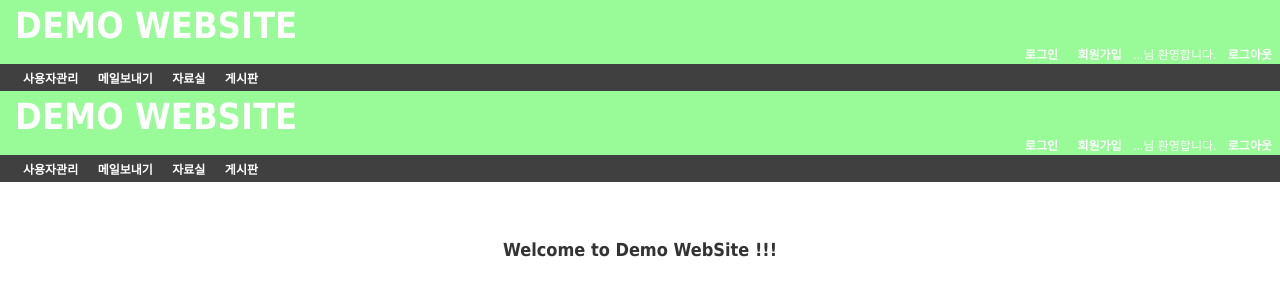
Repository: shin-yj/java
Page: http://localhost/demoweb/home.action
These files come from the project's save history. The page is drawn as it stood at one moment and after the next save; the edit follows.
The browser window is 1280 px wide. The pictures show the whole page.
The page is served by Tomcat 9. Other server files are loaded and not shown.

Above is the page before, as saved 2020-08-07 08:16:52.

### java/demoweb/WebContent/WEB-INF/views/home.jsp
<%@ page language="java"
		 contentType="text/html; charset=utf-8"
		 pageEncoding="utf-8"%>

<!DOCTYPE html>

<html>
<head>
	<meta charset='utf-8' />
	<title>Home</title>
	<link rel='Stylesheet' href='/demoweb/styles/default.css' />
</head>
<body>

	<div id='pageContainer'>

		<%-- 다른 jsp의 내용을 삽입하는 구문 --%>
		<%@ include file="/WEB-INF/views/module/header.jsp" %> <!-- 처리를 해야 되는 방식,  밑과 같으나 잘 안쓰임 -->


		<%--
		<% pageContext.include(("/WEB-INF/views/module/header.jsp")); %> <!-- 밑과 같음, 처리가 이미 되어있음 -->
		--%>
		<jsp:include page="/WEB-INF/views/module/header.jsp" />	<!-- 이게 가장 마니 사용댐 -->

		<div id='content'>
			<br /><br /><br />
			<h2 style='text-align:center'>Welcome to Demo WebSite !!!</h2>
		</div>
	</div>

</body>
</html>

### java/demoweb/WebContent/WEB-INF/views/module/header.jsp
<%@ page language="java" contentType="text/html; charset=utf-8"
    pageEncoding="utf-8"%>
    <!-- 재사용할 내용  -->
		<div id="header" style='background-color:palegreen'>
            <div class="title">
                <a href="/demoweb/home.action">DEMO WEBSITE</a>
            </div>
            <div class="links">
            	<a href="/demoweb/account/login.action">로그인</a>
                <a href="/demoweb/account/register.action">회원가입</a>

            	...님 환영합니다.
            	<a href="/demoweb/account/login.action">로그아웃</a>


            </div>
        </div>

        <div id="menu">
            <div>
                <ul>
                    <li><a href="#">사용자관리</a></li>
					<li><a href="#">메일보내기</a></li>
					<li><a href="#">자료실</a></li>
					<li><a href="#">게시판</a></li>
                </ul>
            </div>
		</div>

### java/demoweb/src/com/demoweb/servlet/HomeServlet.java
package com.demoweb.servlet;

import java.io.IOException;

import javax.servlet.RequestDispatcher;
import javax.servlet.ServletException;
import javax.servlet.annotation.WebServlet;
import javax.servlet.http.HttpServlet;
import javax.servlet.http.HttpServletRequest;
import javax.servlet.http.HttpServletResponse;

@WebServlet(urlPatterns= {"/home.action"})
public class HomeServlet extends HttpServlet { // sevlet과 연결 // get방식 // home.action에 요청이 들어오면 homesevlet으로 요청 들어온당

	@Override
	protected void doGet(HttpServletRequest req, HttpServletResponse resp) throws ServletException, IOException {
			// 요청 처리(여기서는 특별히 할 것이 없음)

			// JSP로 forward 이동해서 응답 컨텐츠 생산
		RequestDispatcher dispatcher = req.getRequestDispatcher("/WEB-INF/views/home.jsp"); // 요청을 전달하는 것 찾기
		dispatcher.forward(req, resp);


	}

}

### java/demoweb/WebContent/styles/default.css
@CHARSET "utf-8";

body {
	font-family: Tahoma, Arial, Helvetica;
	font-size: 12px;
}

body {
	background: #ffffff none repeat scroll 0;
	color: #333333;
	margin: 0;
	padding: 0;
}

#pageContainer {
	background: #ffffff none repeat scroll 0;
	margin: 0 auto;
	max-width: 100%;
	min-width: 600px;
	padding:0 0;
	text-align: left;
}

#header {
	background-color: #eb4c07;
	color: #ffffff;
	width: 100%;
	padding-bottom: 4px;
	height: 60px;
}

#header a {
	color: #ffffff;
	font-weight: bold;
	text-decoration: none;
}

#header .title {
	font-size: 36px;
	font-weight: bolder;
	padding-left: 15px;
	padding-top: 5px;
	float:left;
}

#header .links {
	padding-top:45px;
	float:right;
}

#header .links a {
	padding: 8px;
}

#menu {
	background-color: #404040;
	color: #ffffff;
	padding: 5px 15px 5px /* bottom - left - top - 0*/
}

#menu ul {
	display: inline;
	margin-left: 0;
	padding-left: 0;
}

#menu ul li {
	display: inline;
	list-style-image: none;
	list-style-position: outside;
	list-style-type: none;
	margin-left: 0;
}

#menu ul li a {
	color: #ffffff;
	font-weight: bold;
	text-decoration: none;
	padding: 8px;
}

#menu ul li a:hover, #menu ul li a:focus {
	background-color: #5a5a5a;
}

After the next save:
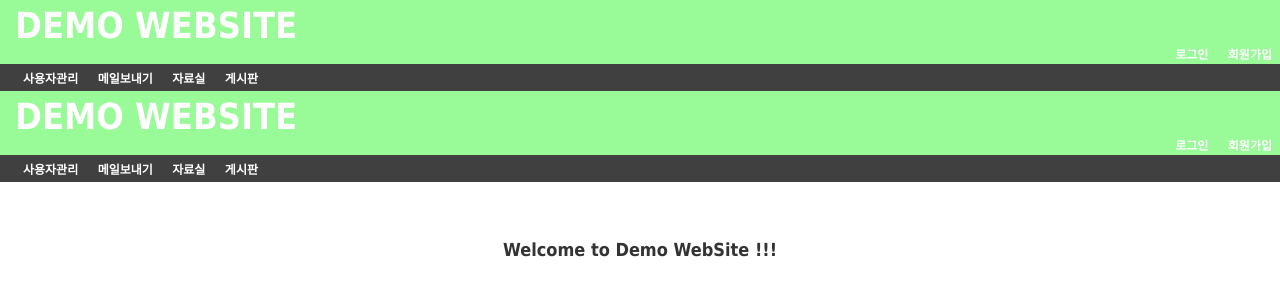
Saved 2 min 36 s later.
--- a/java/demoweb/WebContent/WEB-INF/views/module/header.jsp
+++ b/java/demoweb/WebContent/WEB-INF/views/module/header.jsp
@@ -6,12 +6,14 @@
                 <a href="/demoweb/home.action">DEMO WEBSITE</a>
             </div>
             <div class="links">
+            <% String user = (String)session.getAttribute("loginuser"); %>
+            <% if (user == null) { %>
             	<a href="/demoweb/account/login.action">로그인</a>
                 <a href="/demoweb/account/register.action">회원가입</a>
-
+            <% } else { %>
             	...님 환영합니다.
             	<a href="/demoweb/account/login.action">로그아웃</a>
-
+            <% } %>
 
             </div>
         </div>
